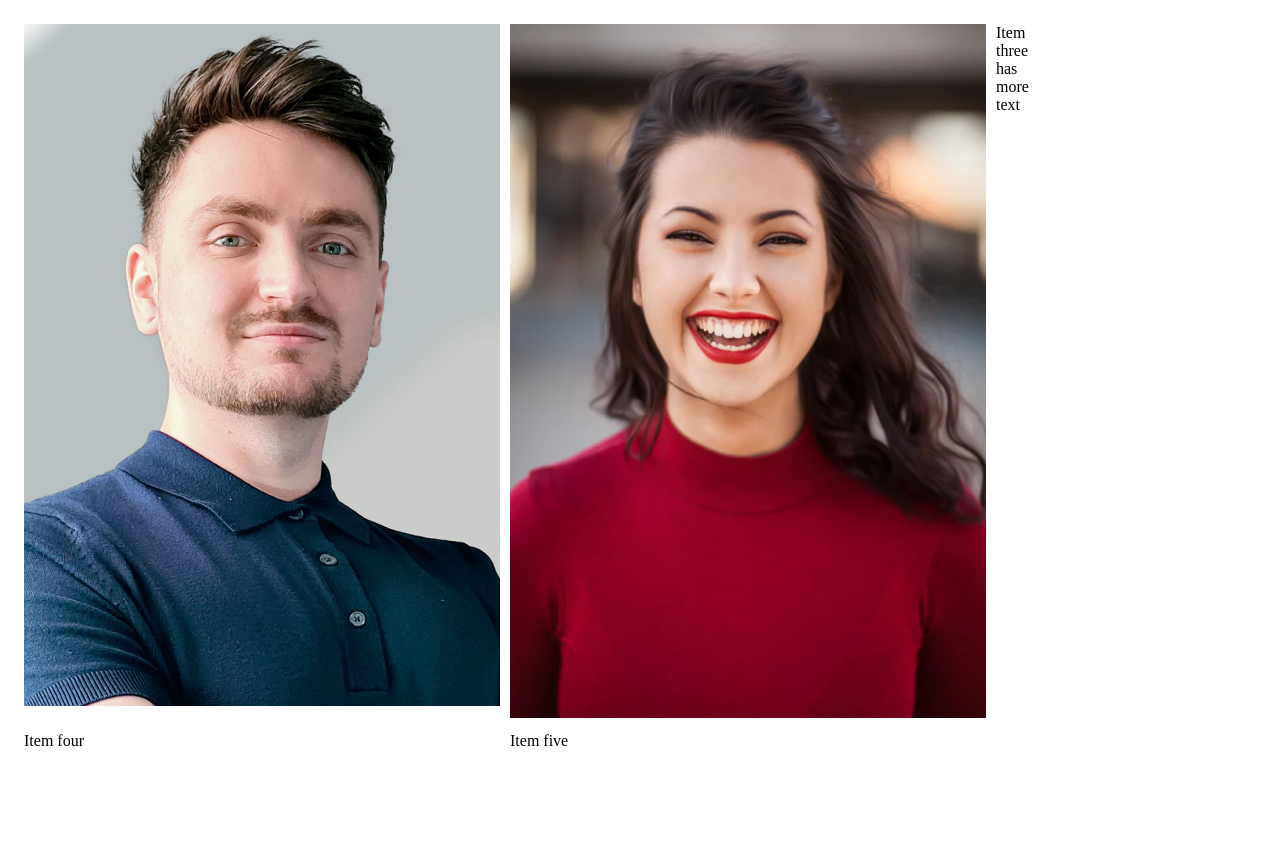
Repository: georgisenze/my-team-page-challeng
Page: index.html
These files come from the project's save history. The page is drawn as it stood at one moment and after a run of saves; the edit follows.
The browser window is 1280 px wide. The pictures show the whole page.

Above is the page before, as saved 2023-02-22 21:50:05.

After the next 6 saves:
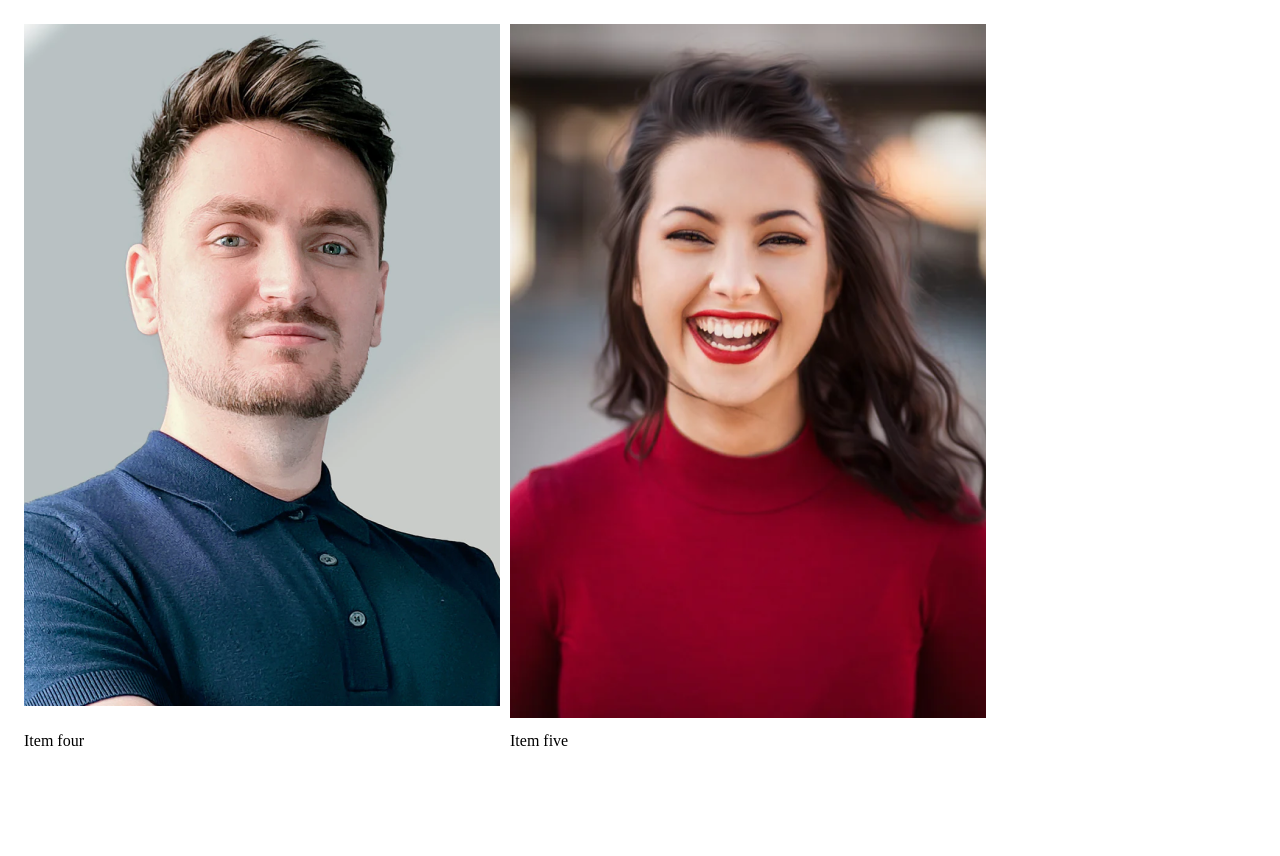
The 6 saves are shown as one change because they came seconds apart.
The last was saved 19 s later.
--- a/index.html
+++ b/index.html
@@ -16,7 +16,9 @@
         <div class="box">
             <img src="assets/img/photo2.png" alt="">
         </div>
-        <div class="box">Item three has more text </div>
+        <div class="box">
+            <source>
+        </div>
         <div class="box">Item four</div>
         <div class="box">Item five</div>
       </div>
